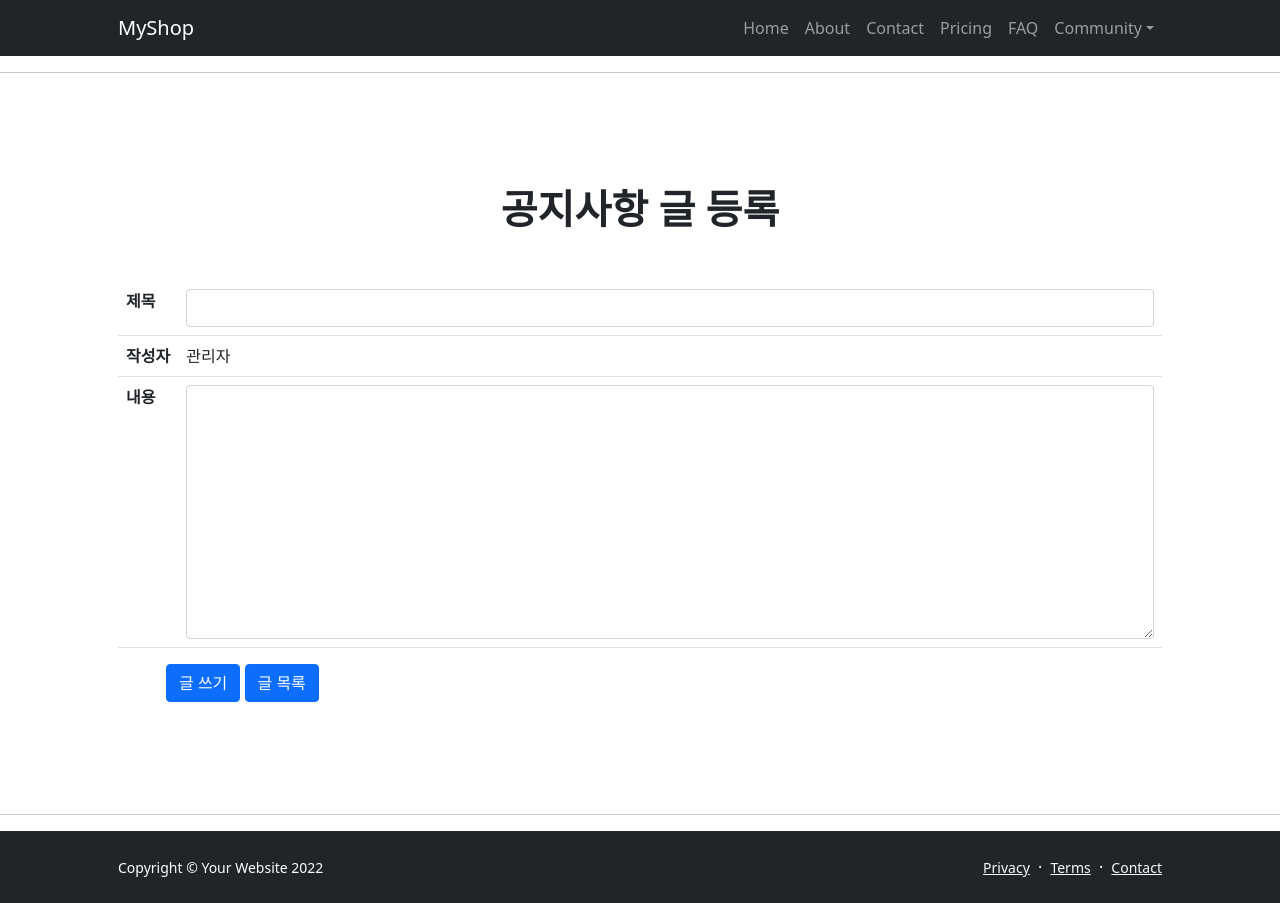
Repository: okgunyang/pro05ForMyBatis
Page: http://localhost/board/add
An editor plug-in stored every save of this project. The page is shown before and after the next save, followed by the edit.
The browser window is 1280 px wide. The pictures show the whole page.
The page is this project's Thymeleaf template; nobody is signed in. The template is opened directly, without the code that normally fills it, so the values that code supplies are empty.

Above is the page before, as saved 2022-12-13 07:19:34.

After the next save:
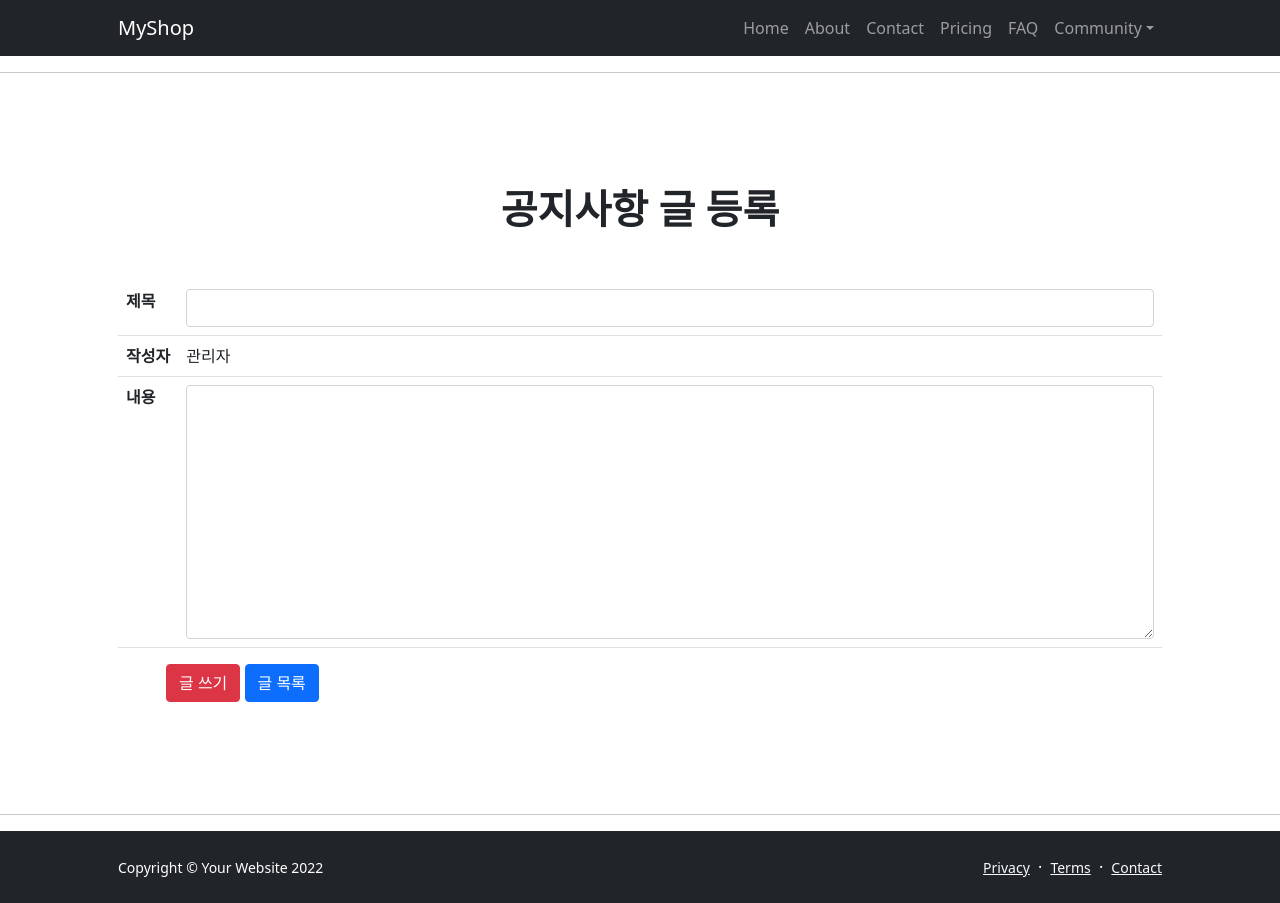
Saved 11 s later.
--- a/myapp/src/main/resources/templates/board/add.html
+++ b/myapp/src/main/resources/templates/board/add.html
@@ -40,7 +40,7 @@
 	                    	</tbody>
 	                    </table>
 		                <div class="container" role="group">
-		                	<input type="submit" class="btn btn-primary inline" value="글 쓰기" />
+		                	<input type="submit" class="btn btn-danger inline" value="글 쓰기" />
 		                	<a class="btn btn-primary inline" href="/board/list">글 목록</a>
 		                </div>
                      </form>
